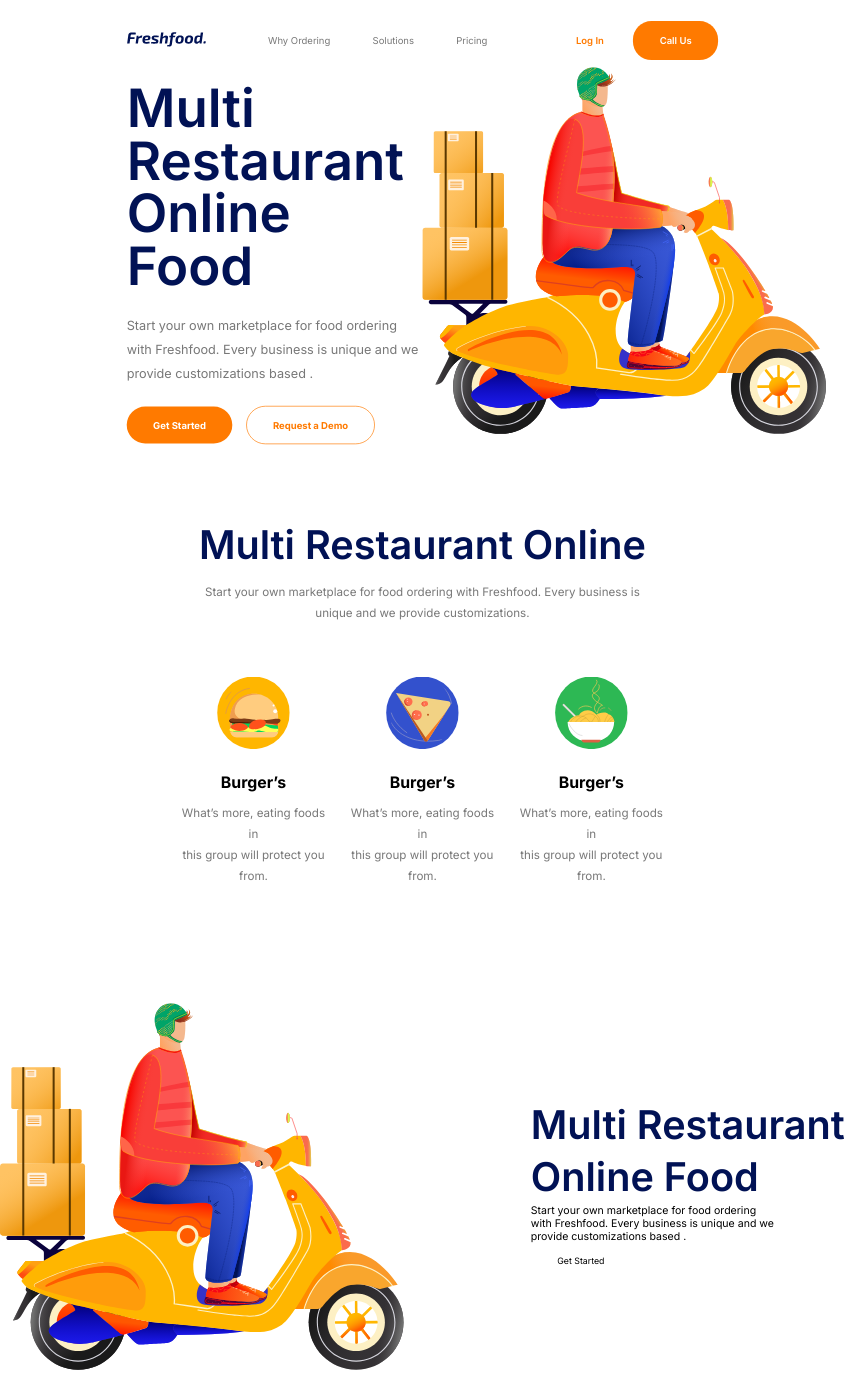
Repository: badhon252/FreshFood
Page: index.html
These files come from the project's save history. The page is drawn as it stood at one moment and after the next save; the edit follows.
The browser window is 1280 px wide. The pictures show the whole page, at 66% of full size.
The style sheet was rebuilt from its Sass, Less or Tailwind sources for each picture, by a compiler version that may differ from the author's.

Above is the page before, as saved 2022-09-06 01:01:04.

### index.html
<!DOCTYPE html>
<html lang="en">

<head>
    <meta charset="UTF-8">
    <meta http-equiv="X-UA-Compatible" content="IE=edge">
    <meta name="viewport" content="width=device-width, initial-scale=1.0">
    <link rel="stylesheet" href="./scss/style.css">
    <title>Document</title>
</head>

<body>
    <header class="container">
        <nav class="navbar">
            <div class="navbar-brand">
                <img src="./images/Freshfood.svg" alt="">
            </div>
            <ul class="navs">
                <li class="nav-item"><a href="" class="nav-link">Why Ordering</a></li>
                <li class="nav-item"><a href="" class="nav-link">Solutions</a></li>
                <li class="nav-item"><a href="" class="nav-link">Pricing</a></li>
            </ul>
            <div class="logs">
                <button class="btn">Log In</button>
                <button class="btn call">Call Us</button>
            </div>
        </nav>

        <div class="header-content">
            <div class="row">
                <div class="col-md-6">
                    <h1>Multi Restaurant <br> Online Food</h1>
                    <p>Start your own marketplace for food ordering <br> with Freshfood. Every business is unique and we
                        <br>
                        provide customizations
                        based .
                    </p>
                    <button class="btn start-btn">Get Started</button>
                    <button class="btn demo-btn">Request a Demo</button>
                </div>
                <div class="col-md-6"><img src="./images/Group 5402.svg" alt=""></div>
            </div>
        </div>

    </header>

    <section class="second-section container">
        <h1>Multi Restaurant Online</h1>
        <p>Start your own marketplace for food ordering with Freshfood. Every business is <br> unique and we provide
            customizations.</p>
        <div class="row my-4">
            <div class="col-md-4">
                <img src="./images/Group 4463.svg" alt="" class="my-1">
                <h2 class="my-1">Burger’s</h2>
                <p>What’s more, eating foods in <br> this group will protect you <br> from.</p>
            </div>
            <div class="col-md-4">
                <img src="./images/Group 4461.svg" alt="" class="my-1">
                <h2 class="my-1">Burger’s</h2>
                <p>What’s more, eating foods in <br> this group will protect you <br> from.</p>
            </div>
            <div class="col-md-4">
                <img src="./images/Group 4467.svg" alt="" class="my-1">
                <h2 class="my-1">Burger’s</h2>
                <p>What’s more, eating foods in <br> this group will protect you <br> from.</p>
            </div>

        </div>
    </section>

    <section class="third-section">
        <div class="row">
            <div class="col-md-6"><img src="./images/Group 5402.svg" alt=""></div>
            <div class="col-md-6">
                <h1>Multi Restaurant <br> Online Food</h1>
                <p>Start your own marketplace for food ordering <br> with Freshfood. Every business is unique and we
                    <br>
                    provide customizations
                    based .
                </p>
                <button class="btn start-btn">Get Started</button>
            </div>

        </div>
    </section>
</body>

</html>

### scss/style.scss
@import url("https://fonts.googleapis.com/css2?family=Inter:wght@400;600;700;800;900&display=swap");
* {
  margin: 0%;
  padding: 0%;
  box-sizing: border-box;
  font-family: "Inter", sans-serif;
}

.container {
  margin: 2rem 12rem;
}
.btn {
  outline: none;
  border: none;
  padding: 1.2rem 2.5rem;
  background-color: transparent;
}

.row {
  display: flex;
  justify-content: space-between;
  align-items: center;
  max-width: 100%;
  .col-md-6 {
    max-width: 50%;
  }
}

h1 {
  font-weight: 600;
  font-size: 60px;
  line-height: 80px;
  /* or 133% */

  color: #011255;
}

.my-1 {
  margin: 1rem;
}
.my-2 {
  margin: 2rem;
}
.my-3 {
  margin: 3rem;
}
.my-4 {
  margin: 4rem;
}
.my-5 {
  margin: 5rem;
}
//=====
//=====
//=====
.navbar {
  display: flex;
  justify-content: space-between;
  align-items: center;
  ul {
    display: flex;
    li {
      margin: 1rem 2rem;
      list-style-type: none;
      .nav-link {
        text-decoration: none;
        color: black;
        font-weight: 500;
        font-size: 0.9rem;
        line-height: 21px;
        /* identical to box height */

        text-align: center;

        color: #787878;
      }
    }
  }
  button {
    cursor: pointer;
  }
  .btn {
    font-weight: 500;
    font-size: 0.9rem;
    line-height: 21px;
    font-weight: 600;
    color: #ff7a00;
  }
  .call {
    background: #ff7a00;
    color: #fff;
    border-radius: 28px;
  }
}

.header-content {
  h1 {
    font-size: 5rem;
    margin: 2rem 0;
  }
  p {
    font-size: 1.2rem;
    margin: 2rem 0;
    line-height: 36px;
    color: #787878;
    font-weight: 500;
  }
  .btn {
    background: #ff7a00;
    border-radius: 60px;
    font-size: 0.9rem;
    font-weight: 700;
  }
  .start-btn {
    color: #fff;
    margin-right: 1rem;
  }
  .demo-btn {
    background-color: #ffffff;
    border: 1px solid #ff7a00;
    color: #ff7a00;
    &:hover {
      background: #ff7a00;
      color: #fff;
    }
  }
}

.second-section {
  padding: 4rem 0;
  text-align: center;
  h1 {
    margin: 1rem;
  }
  p {
    font-size: 1.1rem;
    margin: 1rem;
    line-height: 32px;
    /* or 178% */

    text-align: center;

    color: #787878;
  }
}

After the next save:
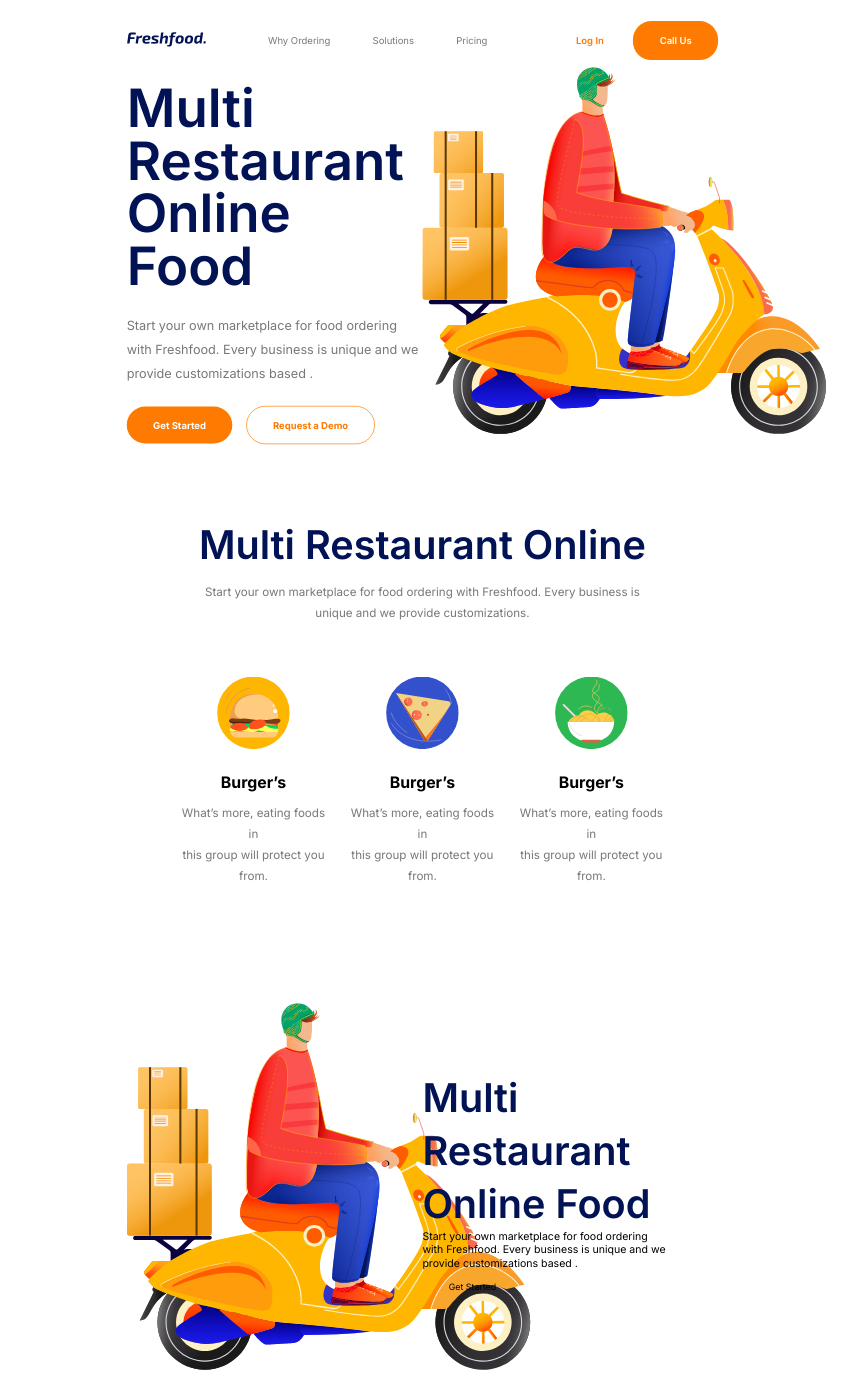
Saved 7 s later.
--- a/index.html
+++ b/index.html
@@ -68,7 +68,7 @@
         </div>
     </section>
 
-    <section class="third-section">
+    <section class="third-section container">
         <div class="row">
             <div class="col-md-6"><img src="./images/Group 5402.svg" alt=""></div>
             <div class="col-md-6">
